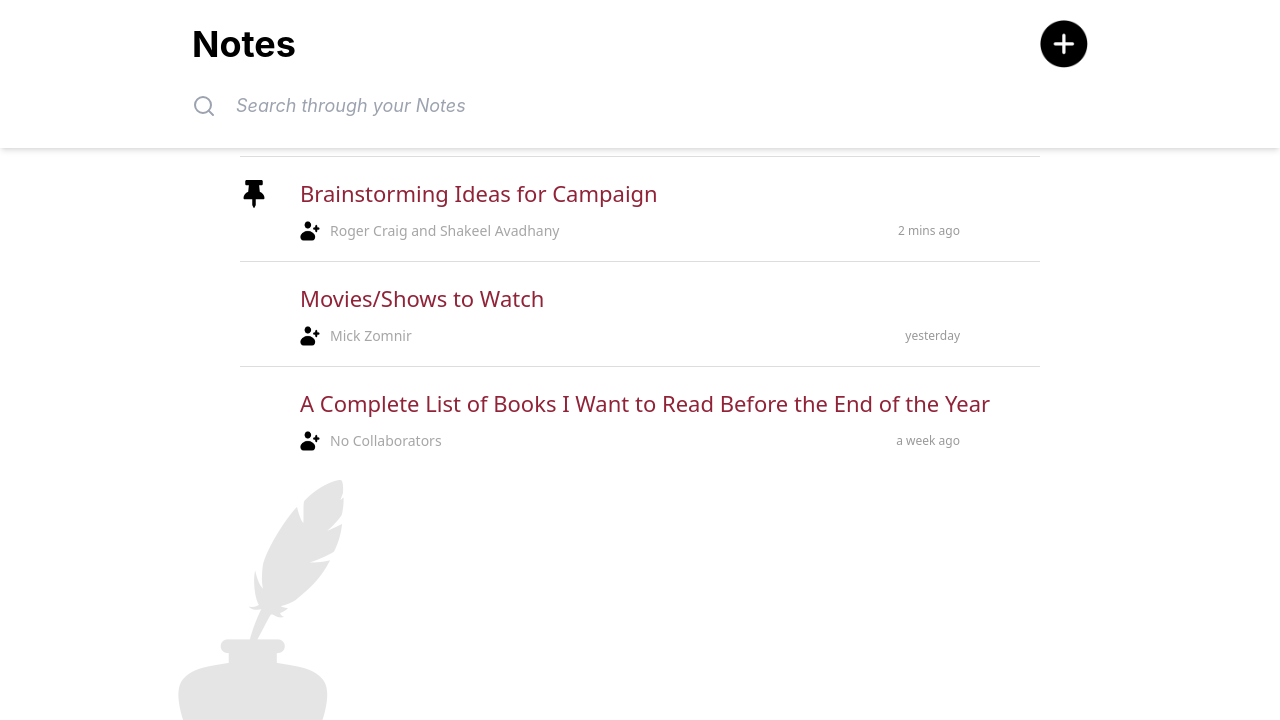
Repository: shabiasaeed/Notes-app
Page: /
An editor plug-in stored every save of this project. The page is shown before and after the next save, followed by the edit.
The browser window is 1280 px wide. The pictures show the whole page.
The project was rebuilt for these pictures with package versions that can differ from the ones it lists, and the page was loaded fresh each time. Also part of the build but not shown: src/components/Header.css, src/App.css.

Above is the page before, as saved 2025-01-01 18:03:18.

### src/App.js
import React, { useState } from 'react';
import Header from './components/Header';
import Note from './components/Note';
import './App.css';
import backgroundInk from './assets/ink-background-element.png';

//Component to handle the rendering of the header and note compnents
function App() {
  // Displaying few static notes
  const [notes, notesList] = useState([
    {
      title: "Brainstorming Ideas for Campaign",
      author: "Roger Craig and Shakeel Avadhany",
      time: "2 mins ago",
      pinned: true
    },
    {
      title: "Movies/Shows to Watch",
      author: "Mick Zomnir",
      time: "yesterday",
      pinned: false
    },
    {
      title: "A Complete List of Books I Want to Read Before the End of the Year",
      author: "No Collaborators",
      time: "a week ago",
      pinned: false
    }
  ]);

  function handleDelete(title){
    notesList(notes.filter( note => note.title !== title))
  }

  function handlePinToggle(title){
    notesList(prevNotes => prevNotes.map(note => note.title === title ? { ...note, pinned: !note.pinned } : note));
  };

  // Search state
  const [searchNotes, setSearchNotes] = useState('');

  // Filter notes based on search
  const filteredNotes = notes.filter(note => note.title.toLowerCase().includes(searchNotes.toLowerCase()));

  // Pinned notes to appear at the top
  const sortedNotes = filteredNotes.sort((a, b) => b.pinned - a.pinned);

  return (
    <div className="App">
      <Header setSearchNotes={setSearchNotes}/>
      <main className="p-2 relative flex flex-col items-center font-sans">
        <img src={backgroundInk} alt="Ink Element" className="fixed top-2/3 right-2/3 transform -translate-x-1/2 z-[-1] w-26"/>
        {sortedNotes.map((note, index) => (
          <Note key={index} title={note.title} author={note.author} time={note.time} pinned={note.pinned} onDelete={handleDelete} onPinToggle={handlePinToggle}/>
        ))}
      </main>
    </div>
  );
}

export default App;

### src/components/Header.js
import React from 'react';
import './Header.css';
import addButton from '../assets/add-button.png';
import { FiSearch } from 'react-icons/fi';

// Component to handle the display of the application's header section
const Header = ({ setSearchNotes }) => {
  return (
    <header className="p-5 bg-white flex flex-col items-center shadow-md">
      <div className="flex items-center justify-between w-full max-w-4xl">
        <h1 className="text-4xl font-bold text-black">Notes</h1>
        <button className="bg-transparent border-none cursor-pointer">
          <img src={addButton} alt="Add" className="w-12 h-12"/>
        </button>
      </div>
      <div className="flex items-center w-full max-w-4xl mt-4">
        <FiSearch className="w-6 h-6 text-gray-400 mr-3" />
        <input type="text" placeholder="Search through your Notes" className="flex-grow border-none outline-none p-2 text-lg italic placeholder-gray-400" onChange={(e) => setSearchNotes(e.target.value)}/>
      </div>
    </header>
  );
};

export default Header;

### src/components/Note.js
import React, { useState } from 'react';
import './Note.css';
import userIcon from '../assets/user-icon.png';
import { FiTrash } from 'react-icons/fi';
import { FaThumbtack } from 'react-icons/fa';
import { TbPinned } from 'react-icons/tb';

//Component to handle the display of the note's section
const Note = ({ title, author, time, pinned, onDelete, onPinToggle }) => {
  const [isHovered, setIsHovered] = useState(false); //State for checking whether the note is hovered


  return (
    <div className="note" onMouseEnter={() => setIsHovered(true)} onMouseLeave={() => setIsHovered(false)}>
      <div className={`note-header ${pinned ? 'pinned' : 'unpinned'}`}>
      {pinned ? (<FaThumbtack className="pin-icon" onClick={() => onPinToggle(title)}/>) : (isHovered && (<TbPinned className="pin-icon" onClick={() => onPinToggle(title)}/>))}
        <h2>{title}</h2>
        {isHovered && (<FiTrash className="delete-icon" onClick={() => onDelete(title)}/>)}
      </div>
      <div className="note-footer">
        <img src={userIcon} alt="User" className="user-icon"/>
        <p>{author}</p>
        <span>{time}</span>
      </div>
    </div>
  );
};

export default Note;

### src/components/Note.css
/* Styling for notes */
.note {
    padding: 20px;
    border-top: 1px solid #ddd;
    position: relative;
    display: flex;
    flex-direction: column;
    width: 100%;
    max-width: 800px;
    margin: 0 auto;
}

.note-header {
    display: flex;
    align-items: center;
    padding-left: 30px;
}

.note-header h2 {
    margin: 0 0 0 10px;
    font-size: 22px;
    color: #912338;
}

.pin-icon {
    width: 28px;
    height: 28px;
    position: absolute;
    left: 0;
    cursor: pointer;
}

.note-footer {
    display: flex;
    align-items: center;
    margin-top: 10px;
    padding-left: 40px;
    position: relative;
}

.note-footer img {
    width: 20px;
    height: 20px;
    margin-right: 10px;
}

.note-footer p {
    margin: 0;
    font-size: 14px;
    color: #a6a6a6;
}

.note-footer span {
    margin-left: auto;
    font-size: 12px;
    color: #999;
    margin-right: 60px;
}

/* Styling for delete icon */
.delete-icon {
    cursor: pointer;
    position: absolute;
    right: 10px;
}

Loaded but not shown: public/index.html (common file); src/index.js (common file); src/index.css (common file); src/reportWebVitals.js (common file); tailwind.config.js (common file)

After the next save:
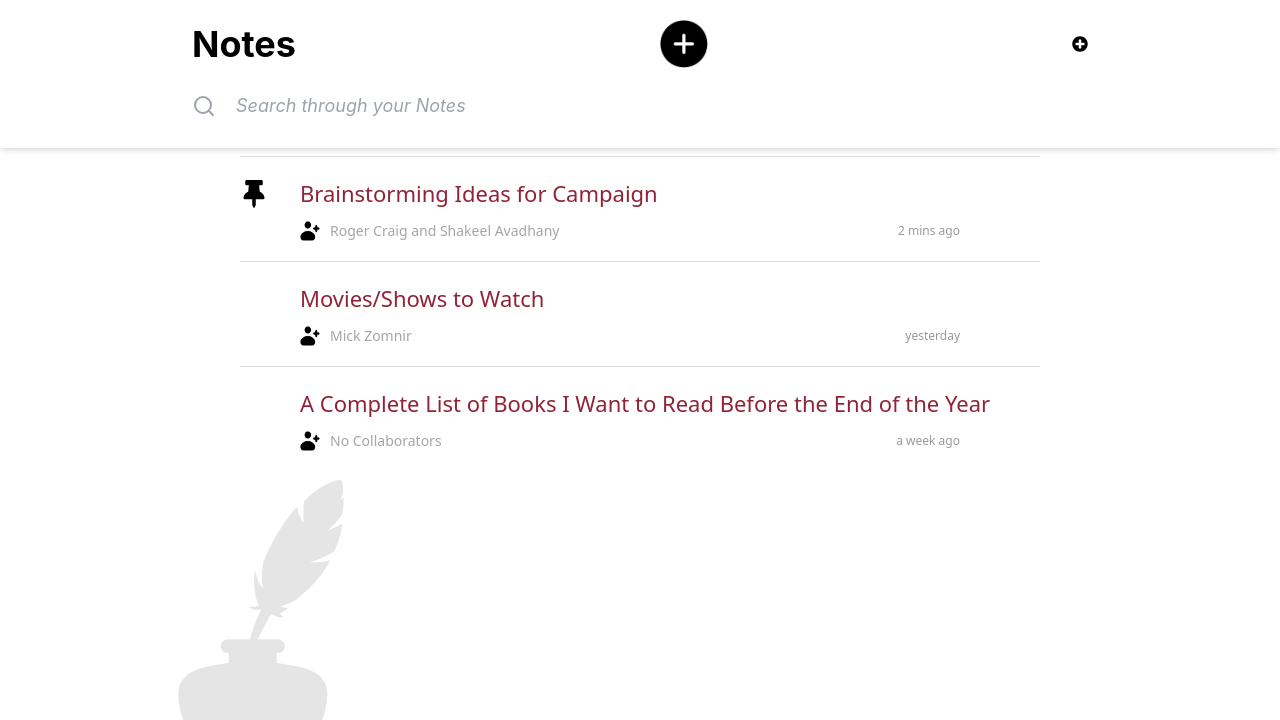
Saved 14 min 53 s later.
--- a/src/components/Header.js
+++ b/src/components/Header.js
@@ -2,6 +2,8 @@ import React from 'react';
 import './Header.css';
 import addButton from '../assets/add-button.png';
 import { FiSearch } from 'react-icons/fi';
+import { FaPlusCircle } from 'react-icons/fa';
+
 
 // Component to handle the display of the application's header section
 const Header = ({ setSearchNotes }) => {
@@ -12,6 +14,7 @@ const Header = ({ setSearchNotes }) => {
         <button className="bg-transparent border-none cursor-pointer">
           <img src={addButton} alt="Add" className="w-12 h-12"/>
         </button>
+        <FaPlusCircle />
       </div>
       <div className="flex items-center w-full max-w-4xl mt-4">
         <FiSearch className="w-6 h-6 text-gray-400 mr-3" />
